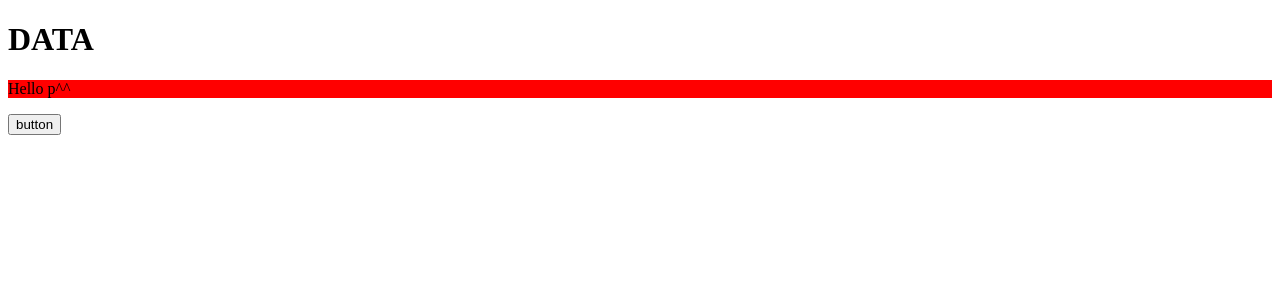
Repository: HeesuJeong/Web
Page: work_frontend/WebDay02/WebContent/domapi.html
An editor plug-in stored every save of this project. The page is shown before and after the next save, followed by the edit.
The browser window is 1280 px wide. The pictures show the whole page.

Above is the page before, as saved 2019-09-19 10:11:56.

### work_frontend/WebDay02/WebContent/domapi.html
<!DOCTYPE html>
<html>
<head>
<meta charset="UTF-8">
<title>Insert title here</title>
<script type="text/javascript">
	window.onload = function() {
		var p = document.getElementById("data");

		//버튼 눌렀을 때 효과 주고 싶다
		var button=document.querySelector("button");
		console.log(button);


		function firstfunction() {
			console.log(p.innerHTML);
			p.innerHTML="Hello p^^";
			//스타일 줄 수 있다
			p.setAttribute("style","background: #F00");
		}
		firstfunction(); //함수 안에서 또 다시 호출이 필요하다!!!!!!!!!

	/* 	함수 선언과 동시에 자동 실행하게 하기 위해! => 일급펑션이라 한다
		(function firstfunction() {
			console.log(p);
		})(); */
	}
</script>
</head>
<body>


	<h1>DATA</h1>
	<div>
		<p id="data">content data</p>
		<button>button</button>
	</div>

</body>
</html>

After the next save:
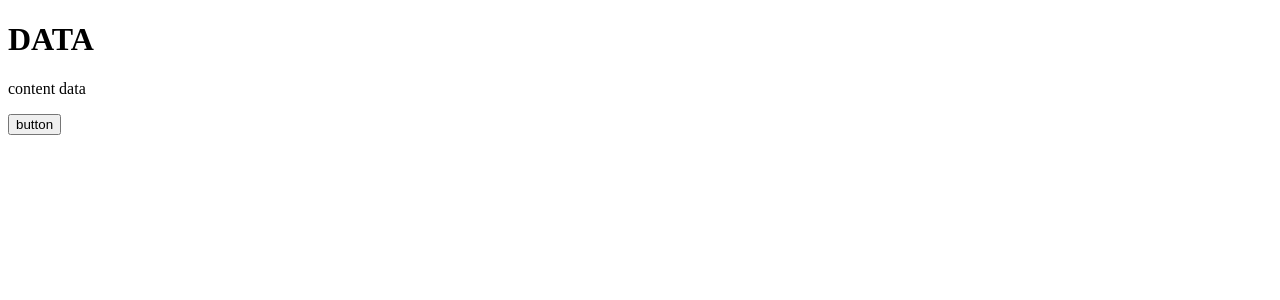
Saved 69 s later.
--- a/work_frontend/WebDay02/WebContent/domapi.html
+++ b/work_frontend/WebDay02/WebContent/domapi.html
@@ -9,6 +9,9 @@
 
 		//버튼 눌렀을 때 효과 주고 싶다
 		var button=document.querySelector("button");
+		//클릭일어나면 firstfunction함수 실행하겠다
+		button.addEventListener("click",firstfunction,true);
+
 		console.log(button);
 
 
@@ -18,7 +21,7 @@
 			//스타일 줄 수 있다
 			p.setAttribute("style","background: #F00");
 		}
-		firstfunction(); //함수 안에서 또 다시 호출이 필요하다!!!!!!!!!
+		//firstfunction(); //함수 안에서 또 다시 호출이 필요하다!!!!!!!!!
 
 	/* 	함수 선언과 동시에 자동 실행하게 하기 위해! => 일급펑션이라 한다
 		(function firstfunction() {
